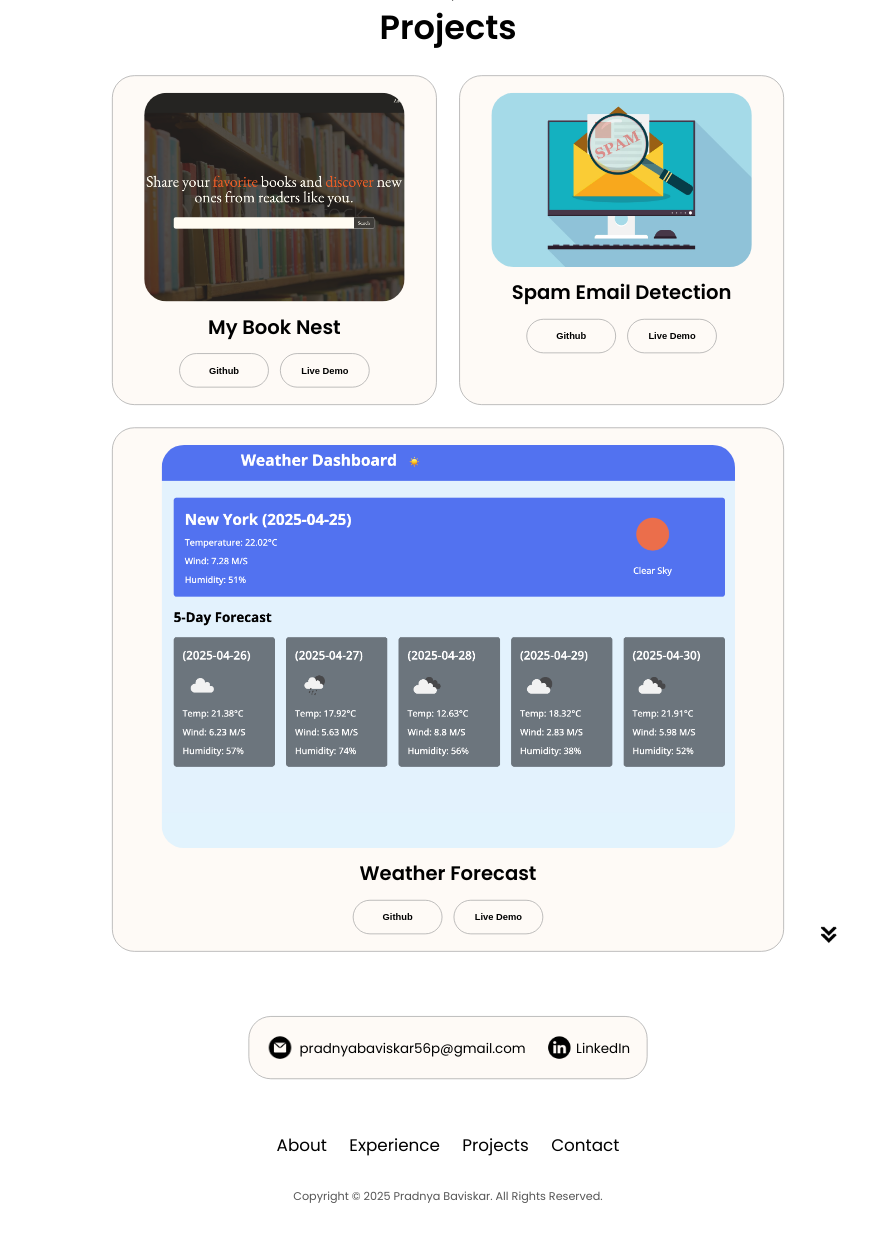
Repository: Pradnya-07/Portfolio-Pradnya
Page: index.html
An editor plug-in stored every save of this project. The page is shown before and after the next save, followed by the edit.
The browser window is 1280 px wide. The pictures show the part of the page from y = 2712 to 4632 px (the page is 4473 px tall before and 4632 px after), at 70% of full size.

Above is the page before, as saved 2025-04-26 13:53:19.

### index.html
<!DOCTYPE html>
<html lang="en">
  <head>
    <meta charset="UTF-8" />
    <meta http-equiv="X-UA-Compatible" content="IE=edge" />
    <meta name="viewport" content="width=device-width, initial-scale=1.0" />
    <title>My Portfolio</title>
    <link rel="stylesheet" href="style.css" />
    <link rel="stylesheet" href="mediaqueries.css" />
  </head>
  <body>
    <nav id="desktop-nav">
      <div class="logo">Pradnya Baviskar</div>
      <div>
        <ul class="nav-links">
          <li><a href="#about">About</a></li>
          <li><a href="#experience">Experience</a></li>
          <li><a href="#projects">Projects</a></li>
          <li><a href="#contact">Contact</a></li>
        </ul>
      </div>
    </nav>
    <nav id="hamburger-nav">
      <div class="logo">Pradnya Baviskar</div>
      <div class="hamburger-menu">
        <div class="hamburger-icon" onclick="toggleMenu()">
          <span></span>
          <span></span>
          <span></span>
        </div>
        <div class="menu-links">
          <li><a href="#about" onclick="toggleMenu()">About</a></li>
          <li><a href="#experience" onclick="toggleMenu()">Experience</a></li>
          <li><a href="#projects" onclick="toggleMenu()">Projects</a></li>
          <li><a href="#contact" onclick="toggleMenu()">Contact</a></li>
        </div>
      </div>
    </nav>
    <section id="profile">
      <div class="section__pic-container">
        <img src="./assets/profile-pic.JPG" alt="Pradnya Baviskar profile picture" />
      </div>
      <div class="section__text">
        <p class="section__text__p2">Hello, I'm</p>
        <h1 class="title">Pradnya Baviskar</h1>
        <p class="section__text__p2">Software Developer - Full Stack</p>
        <div class="btn-container">
          <button
            class="btn btn-color-2"
            onclick="window.open('./assets/resume-example.pdf')"
          >
            Download CV
          </button>
          <button class="btn btn-color-1" onclick="location.href='#contact'">
            Contact Info
          </button>
        </div>
        <div id="socials-container">
          <img
            src="./assets/linkedin.png"
            alt="My LinkedIn profile"
            class="icon"
            onclick="location.href='https://linkedin.com/'"
          />
          <img
            src="./assets/github.png"
            alt="My Github profile"
            class="icon"
            onclick="location.href='https://github.com/'"
          />
        </div>
      </div>
    </section>
    <section id="about">
      <p class="section__text__p1">Get To Know More</p>
      <h1 class="title">About Me</h1>
      <div class="section-container">

        <div class="about-details-container">
          <div class="about-containers">
            <div class="details-container">
              <img
                src="./assets/experience.png"
                alt="Experience icon"
                class="icon"
              />
              <h3>Experience</h3>
              <p>3+ years <br />Full Stack Development</p>
            </div>
            <div class="details-container">
              <img
                src="./assets/education.png"
                alt="Education icon"
                class="icon"
              />
              <h3>Education</h3>
              <p>B.Tech. Bachelors Degree<br />M.Sc. Masters Degree</p>
            </div>
          </div>
          <div class="text-container">
            <p>
              I'm a Full Stack Developer with over 3 years of experience building scalable, production-ready web applications.
              My expertise lies in backend development using Java, SQL Server, Oracle, and Spring Boot, combined with frontend technologies like JavaScript and React.js.
              I have contributed to large-scale projects by improving performance and delivering complex financial technology solutions for top-tier banks, ensuring both efficiency and innovation.
              I’m passionate about writing clean, maintainable code and collaborating within cross-functional teams to solve challenging problems.
            </p>
            <p style=" margin-top: 2%;">
              With a Master's degree in Software Engineering and Testing, I am committed to staying ahead in the evolving tech landscape by learning and implementing emerging technologies.
              Whether it’s designing sleek front-end interfaces or optimizing complex back-end systems, I strive to build applications that are efficient, user-friendly, and impactful.
              Let’s collaborate and create innovative digital solutions together!
            </p>
          </div>
        </div>
      </div>
      <img
        src="./assets/arrow.png"
        alt="Arrow icon"
        class="icon arrow"
        onclick="location.href='#experience'"
      />
    </section>
    <section id="experience">
      <p class="section__text__p1">Explore My</p>
      <h1 class="title">Experience</h1>
      <div class="experience-details-container">
        <div class="about-containers">
          <div class="details-container">
            <h2 class="experience-sub-title">Programming Languages</h2>
            <div class="article-container">
              <article class="skills">

                <div>
                  <h3 class="skills">Java</h3>
                </div>
              </article>
              <article class="skills">

                <div>
                  <h3 class="skills">JavaScript</h3>

                </div>
              </article>
              <article class="skills">

                <div>
                  <h3 class="skills">SQL</h3>

                </div>
              </article>
              <article class="skills">

                <div>
                  <h3 class="skills">C++</h3>

                </div>
              </article>
              <article class="skills">

                <div>
                  <h3>Python</h3>
                </div>
              </article>
              <article class="skills">

                <div>
                  <h3 class="skills">C</h3>
                </div>
              </article>

            </div>
          </div>

          <div class="details-container">
            <h2 class="experience-sub-title">Web Technologies & Tools</h2>
            <div class="article-container">
              <article>

                <div>
                  <h3>HTML</h3>
                </div>
              </article>
              <article>

                <div>
                  <h3>CSS</h3>
                </div>
              </article>
              <article>

                <div>
                  <h3>Bootstrap</h3>
                </div>
              </article>
              <article>

                <div>
                  <h3>ReactJS</h3>
                </div>
              </article>
              <article>

                <div>
                  <h3>NodeJS</h3>
                </div>
              </article>
              <article>

                <div>
                  <h3>ExpressJS</h3>
                </div>
              </article>
            </div>
          </div>

          <div class="details-container">
            <h2 class="experience-sub-title">Software</h2>
            <div class="article-container">
              <article>

                <div>
                  <h3>Git & GitHub</h3>
                </div>
              </article>
              <article>

                <div>
                  <h3>Linux</h3>
                </div>
              </article>



              <article>

                <div>
                  <h3>Docker</h3>
                </div>
              </article>
              <article>

                <div>
                  <h3>Jira</h3>
                </div>
              </article>
              <article>

                <div>
                  <h3 class="skills">Agile Methodology</h3>
                </div>
              </article>
            </div>
          </div>

          <div class="details-container">
            <h2 class="experience-sub-title">Databases & Testing Tools</h2>
            <div class="article-container">
              <article>

                <div>
                  <h3>MySQL</h3>
                </div>
              </article>
              <article>

                <div>
                  <h3>Oracle</h3>
                </div>
              </article>
              <article>

                <div>
                  <h3>MongoDB</h3>
                </div>
              </article>
              <article>

                <div>
                  <h3>Postman</h3>
                </div>
              </article>
              <article>

                <div>
                  <h3>SoapUI</h3>
                </div>
              </article>

            </div>
          </div>


        </div>
      </div>
      <img
        src="./assets/arrow.png"
        alt="Arrow icon"
        class="icon arrow"
        onclick="location.href='#projects'"
      />
    </section>

    <section id="projects">
      <p class="section__text__p1">Browse My Recent</p>
      <h1 class="title">Projects</h1>
      <div class="experience-details-container">
        <div class="about-containers">
          <div class="details-container color-container">
            <div class="article-container">
              <img
                src="./assets/project1.png"
                alt="Project 1"
                class="project-img"
              />
            </div>
            <h2 class="experience-sub-title project-title">My Book Nest</h2>
            <div class="btn-container">
              <button
                class="btn btn-color-2 project-btn"
                onclick="location.href='https://github.com/Pradnya-07/Pradnya-s_Library'"
              >
                Github
              </button>
              <button
                class="btn btn-color-2 project-btn"
                onclick="location.href='https://pradnya-s-library.onrender.com'"
              >
                Live Demo
              </button>
            </div>
          </div>
          <div class="details-container color-container">
            <div class="article-container">
              <img
                src="./assets/scam.png"
                alt="Project 2"
                class="project-img"
              />
            </div>
            <h2 class="experience-sub-title project-title">Spam Email Detection</h2>
            <div class="btn-container">
              <button
                class="btn btn-color-2 project-btn"
                onclick="location.href='https://github.com/Pradnya-07/Spam_Email_Detection'"
              >
                Github
              </button>
              <button
                class="btn btn-color-2 project-btn"
                onclick="location.href='https://spam-email-detection-9in7.onrender.com'"
              >
                Live Demo
              </button>
            </div>
          </div>
          <div class="details-container color-container">
            <div class="article-container">
              <img
                src="./assets/forecast.png"
                alt="Project 3"
                class="project-img"
              />
            </div>
            <h2 class="experience-sub-title project-title">Weather Forecast</h2>
            <div class="btn-container" style="margin-top: 1%;">
              <button
                class="btn btn-color-2 project-btn"
                onclick="location.href='https://github.com/Pradnya-07/Weather-Dashboard'"
              >
                Github
              </button>
              <button
                class="btn btn-color-2 project-btn"
                onclick="location.href='https://pradnya-07.github.io/Weather-Dashboard/'"
              >
                Live Demo
              </button>
            </div>
          </div>
        </div>
      </div>
      <img
        src="./assets/arrow.png"
        alt="Arrow icon"
        class="icon arrow"
        onclick="location.href='#contact'"
      />
    </section>
    <section id="contact">


      <div class="contact-info-upper-container">
        <div class="contact-info-container">
          <img
            src="./assets/email.png"
            alt="Email icon"
            class="icon contact-icon email-icon"
          />
          <p><a href="mailto:pradnyabaviskar56p@gmail.com">pradnyabaviskar56p@gmail.com</a></p>
        </div>
        <div class="contact-info-container">
          <img
            src="./assets/linkedin.png"
            alt="LinkedIn icon"
            class="icon contact-icon"
          />
          <p><a href="https://www.linkedin.com">LinkedIn</a></p>
        </div>
      </div>
    </section>
    <footer>
      <nav>
        <div class="nav-links-container">
          <ul class="nav-links">
            <li><a href="#about">About</a></li>
            <li><a href="#experience">Experience</a></li>
            <li><a href="#projects">Projects</a></li>
            <li><a href="#contact">Contact</a></li>
          </ul>
        </div>
      </nav>
      <p>Copyright &#169; 2025 Pradnya Baviskar. All Rights Reserved.</p>
    </footer>
    <script src="script.js"></script>
  </body>
</html>

### mediaqueries.css
@media screen and (max-width: 1400px) {
  #profile {
    height: 83vh;
    margin-bottom: 6rem;
  }
  .about-containers {
    flex-wrap: wrap;
  }
  #contact,
  #projects {
    height: fit-content;
  }
}

@media screen and (max-width: 1200px) {
  #desktop-nav {
    display: none;
  }
  #hamburger-nav {
    display: flex;
  }
  #experience,
  .experience-details-container {
    margin-top: 2rem;
  }
  #profile,
  .section-container {
    display: block;
  }
  .arrow {
    display: none;
  }
  section,
  .section-container {
    height: fit-content;
  }
  section {
    margin: 0 5%;
  }
  .section__pic-container {
    width: 275px;
    height: 275px;
    margin: 0 auto 2rem;
  }
  .about-containers {
    margin-top: 0;
  }
}

@media screen and (max-width: 600px) {
  #contact,
  footer {
    height: 40vh;
  }
  #profile {
    height: 83vh;
    margin-bottom: 0;
  }
  article {
    font-size: 1rem;
  }
  footer nav {
    height: fit-content;
    margin-bottom: 2rem;
  }
  .about-containers,
  .contact-info-upper-container,
  .btn-container {
    flex-wrap: wrap;
  }
  .contact-info-container {
    margin: 0;
  }
  .contact-info-container p,
  .nav-links li a {
    font-size: 1rem;
  }
  .experience-sub-title {
    font-size: 1.25rem;
  }
  .logo {
    font-size: 1.5rem;
  }
  .nav-links {
    flex-direction: column;
    gap: 0.5rem;
    text-align: center;
  }
  .section__pic-container {
    width: auto;
    height: 46vw;
    justify-content: center;
  }
  .section__text__p2 {
    font-size: 1.25rem;
  }
  .title {
    font-size: 2rem;
  }
  .text-container {
    text-align: justify;
  }
}

Loaded but not shown: script.js (common file); style.css (439 lines, source omitted)

After the next save:
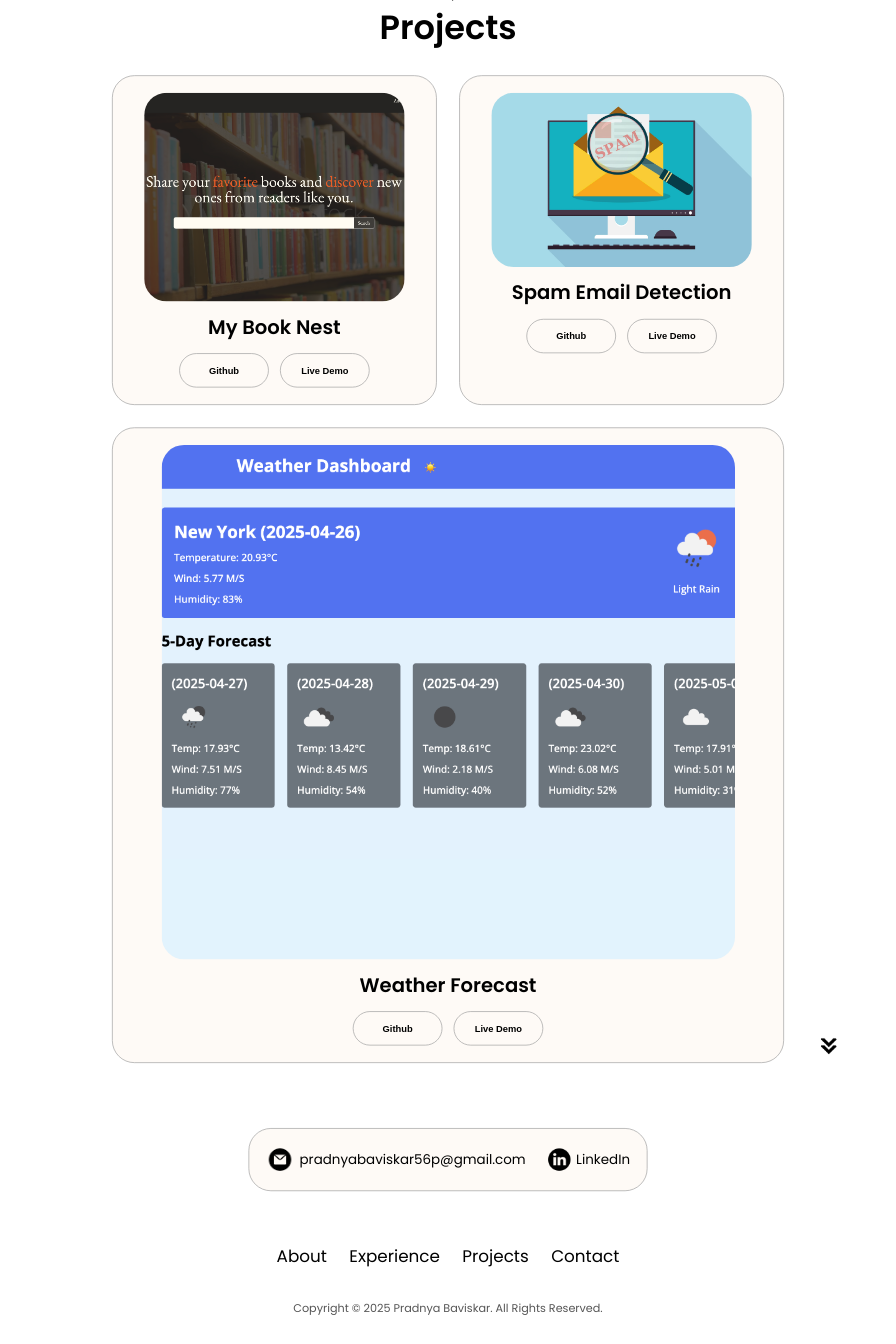
Saved 6 min 3 s later.
--- a/index.html
+++ b/index.html
@@ -355,7 +355,7 @@
           <div class="details-container color-container">
             <div class="article-container">
               <img
-                src="./assets/forecast.png"
+                src="./assets/forcast.png"
                 alt="Project 3"
                 class="project-img"
               />

After the 2 saves that followed:
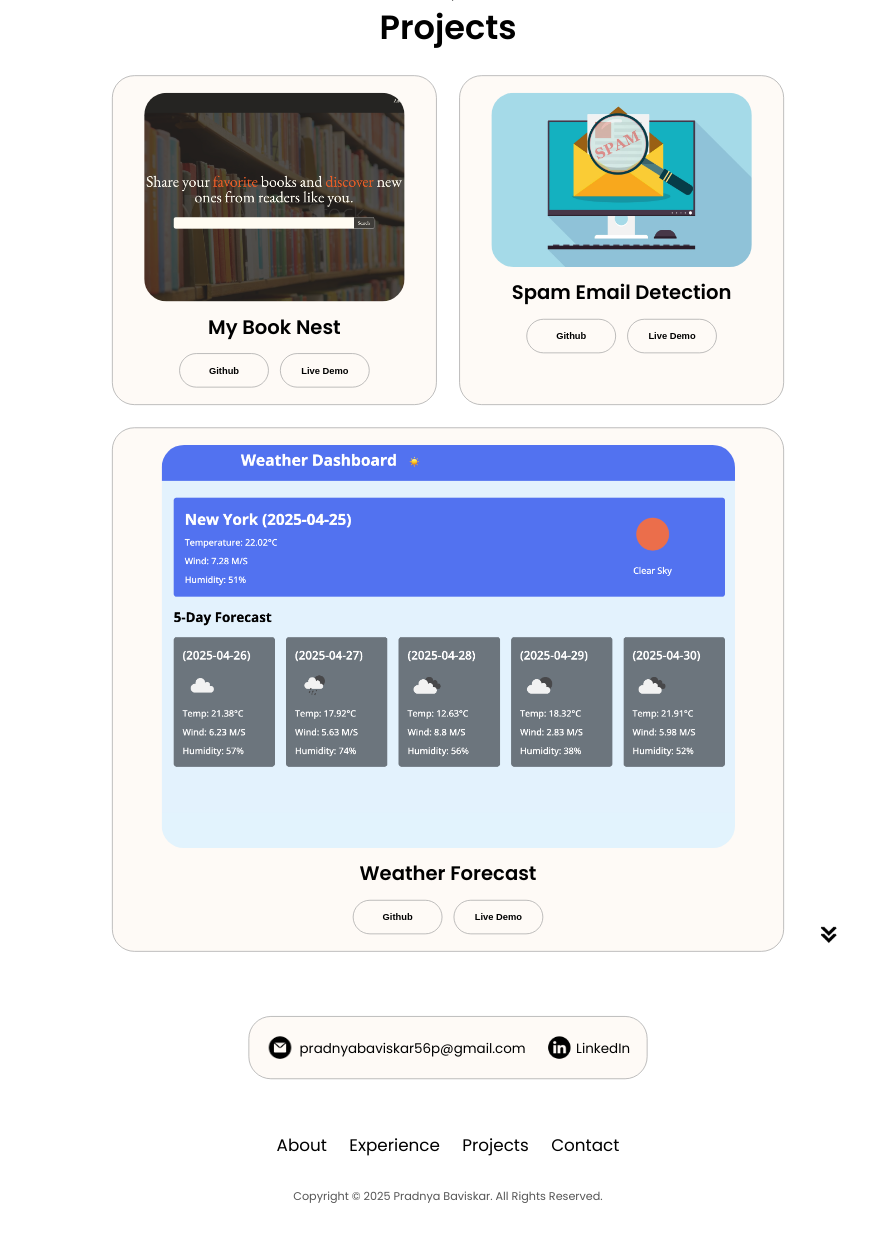
The 2 saves are shown as one change because 1 left the picture as it was.
The last was saved 84 s later.
--- a/index.html
+++ b/index.html
@@ -355,13 +355,13 @@
           <div class="details-container color-container">
             <div class="article-container">
               <img
-                src="./assets/forcast.png"
+                src="./assets/forecast.png"
                 alt="Project 3"
                 class="project-img"
               />
             </div>
             <h2 class="experience-sub-title project-title">Weather Forecast</h2>
-            <div class="btn-container" style="margin-top: 1%;">
+            <div class="btn-container" >
               <button
                 class="btn btn-color-2 project-btn"
                 onclick="location.href='https://github.com/Pradnya-07/Weather-Dashboard'"
